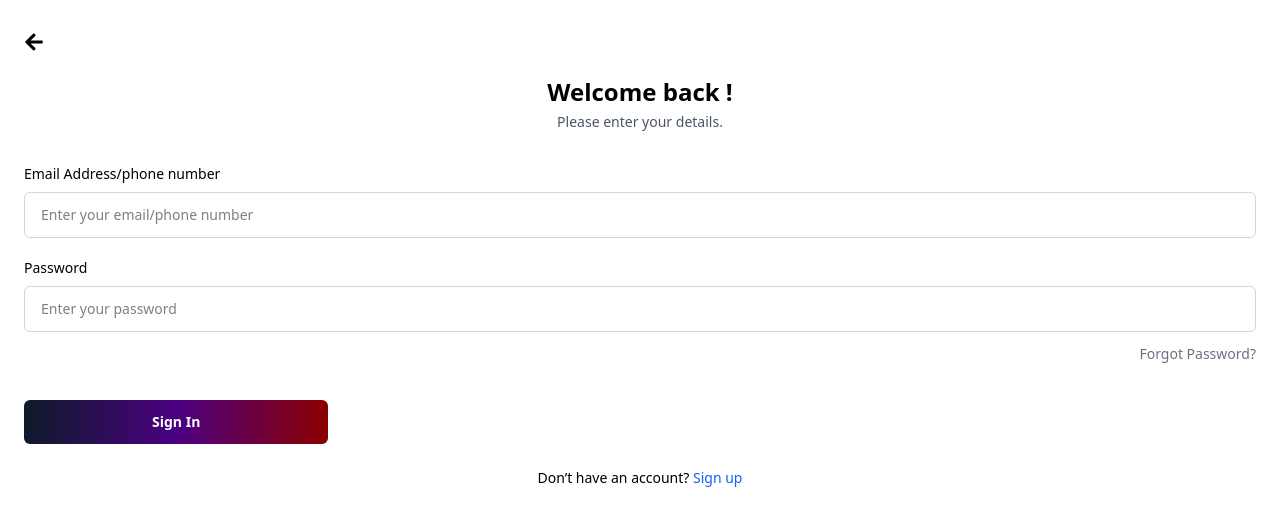
Repository: Em-driod/spotify-clone
Page: /back
These files come from the project's save history. The page is drawn as it stood at one moment and after the next save; the edit follows.
The browser window is 1280 px wide. The pictures show the whole page.
The project was rebuilt for these pictures with package versions that can differ from the ones it lists, and the page was loaded fresh each time. Also part of the build but not shown: vite.config.ts, src/pages/veryify.tsx, src/pages/LandingPage.tsx, src/pages/Change.tsx, src/pages/onboard.tsx, src/pages/Skips.tsx, src/pages/Otp.tsx, src/pages/First.tsx and 6 more.

Above is the page before, as saved 2025-07-09 17:49:42.

After the next save:
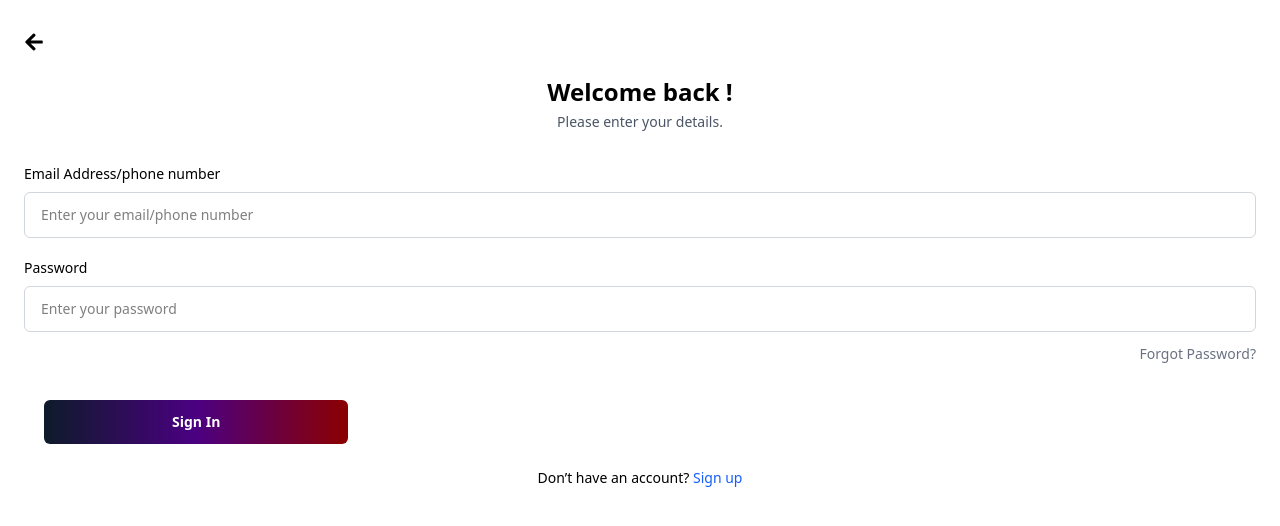
Saved 20 s later.
--- a/src/pages/Back.tsx
+++ b/src/pages/Back.tsx
@@ -55,7 +55,7 @@ const Back = () => {
         <Link to="/first">
         <button
           type="submit"
-          className="mt-4 py-3 px-32 rounded-md text-white text-sm font-semibold"
+          className="mt-4 py-3 px-32 ml-5 rounded-md text-white text-sm font-semibold"
           style={{
               background: 'linear-gradient(to right, #0d1b2a, #4b0082, #8b0000)',
             }}
